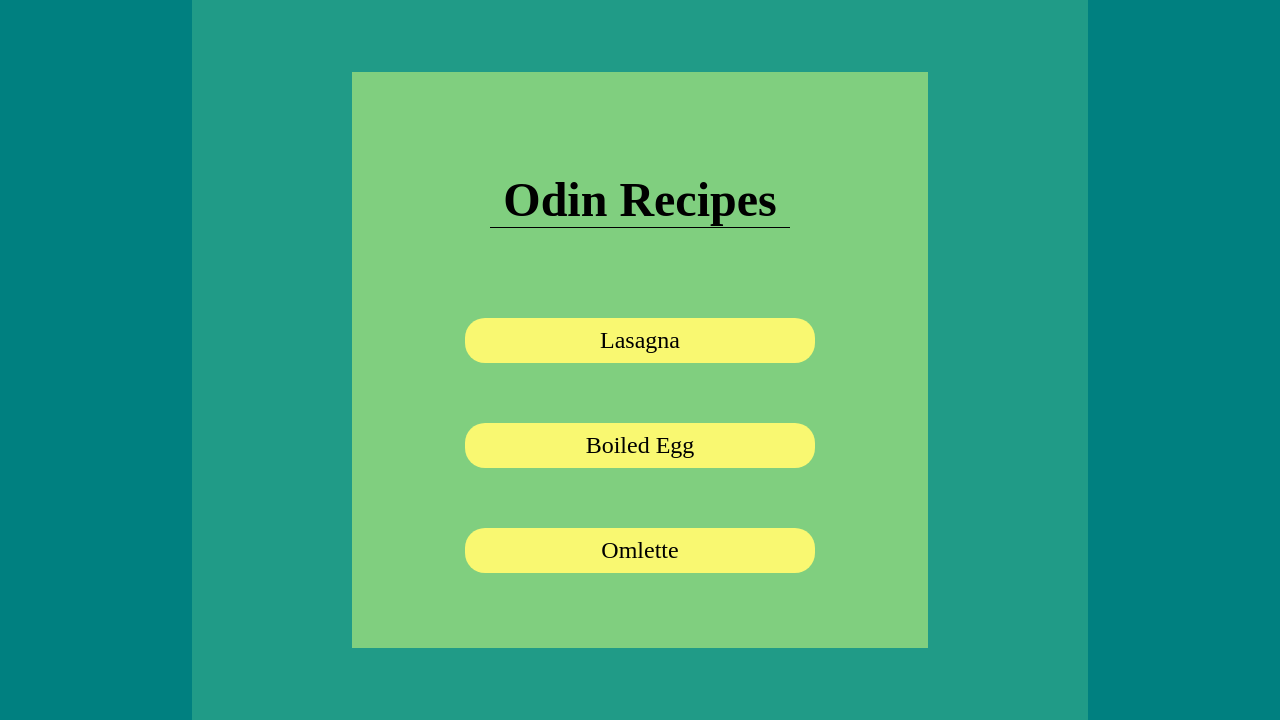
Repository: Pafestivo/odin-recipes
Page: index.html
The author's editor kept a copy of each file at every save. The page is drawn from the files as they stood at one save, then again after a run of saves.
The browser window is 1280 px wide. The pictures show the whole page.

Above is the page before, as saved 2022-09-24 12:36:05.

After the next 3 saves:
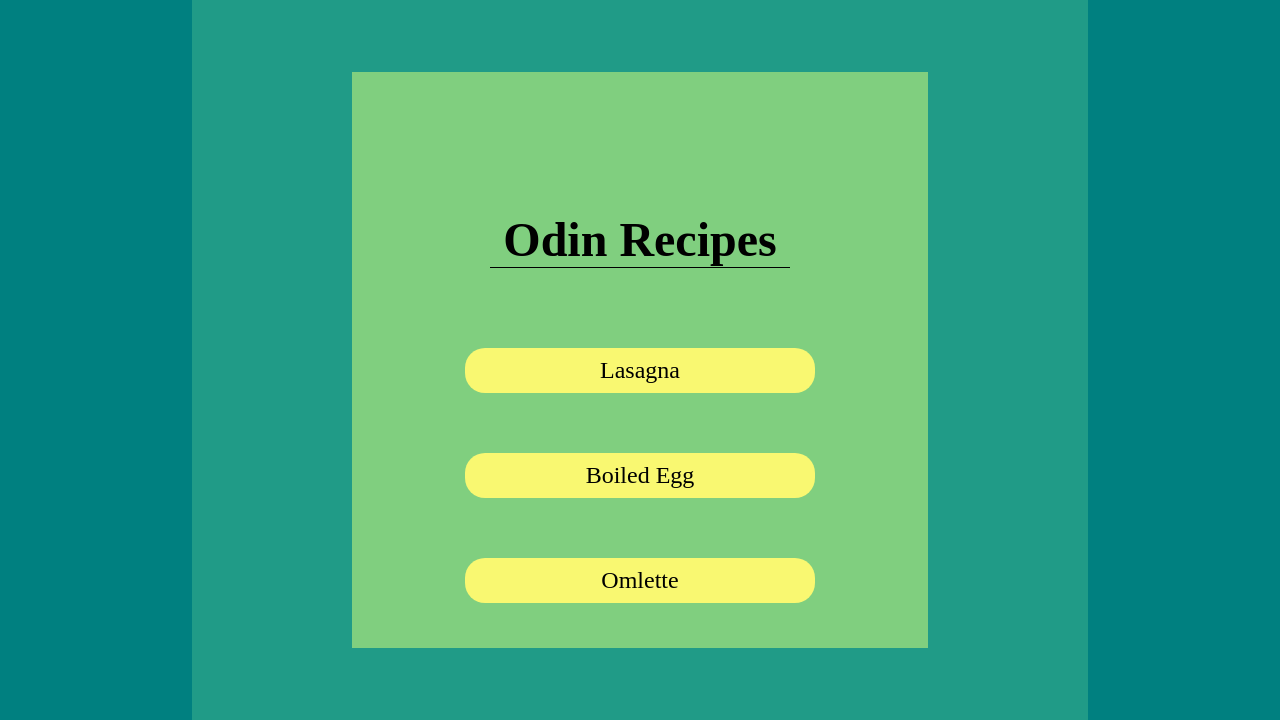
The 3 saves are shown as one change because they came seconds apart.
The last was saved 9 s later.
--- a/css/styles.css
+++ b/css/styles.css
@@ -29,7 +29,7 @@ body {
 h1 {
   text-align: center;
   font-size: 3rem;
-  margin: 100px auto 60px auto;
+  margin: 140px auto 50px auto;
   border-bottom: 1px solid black;
   width: 300px;
 }
